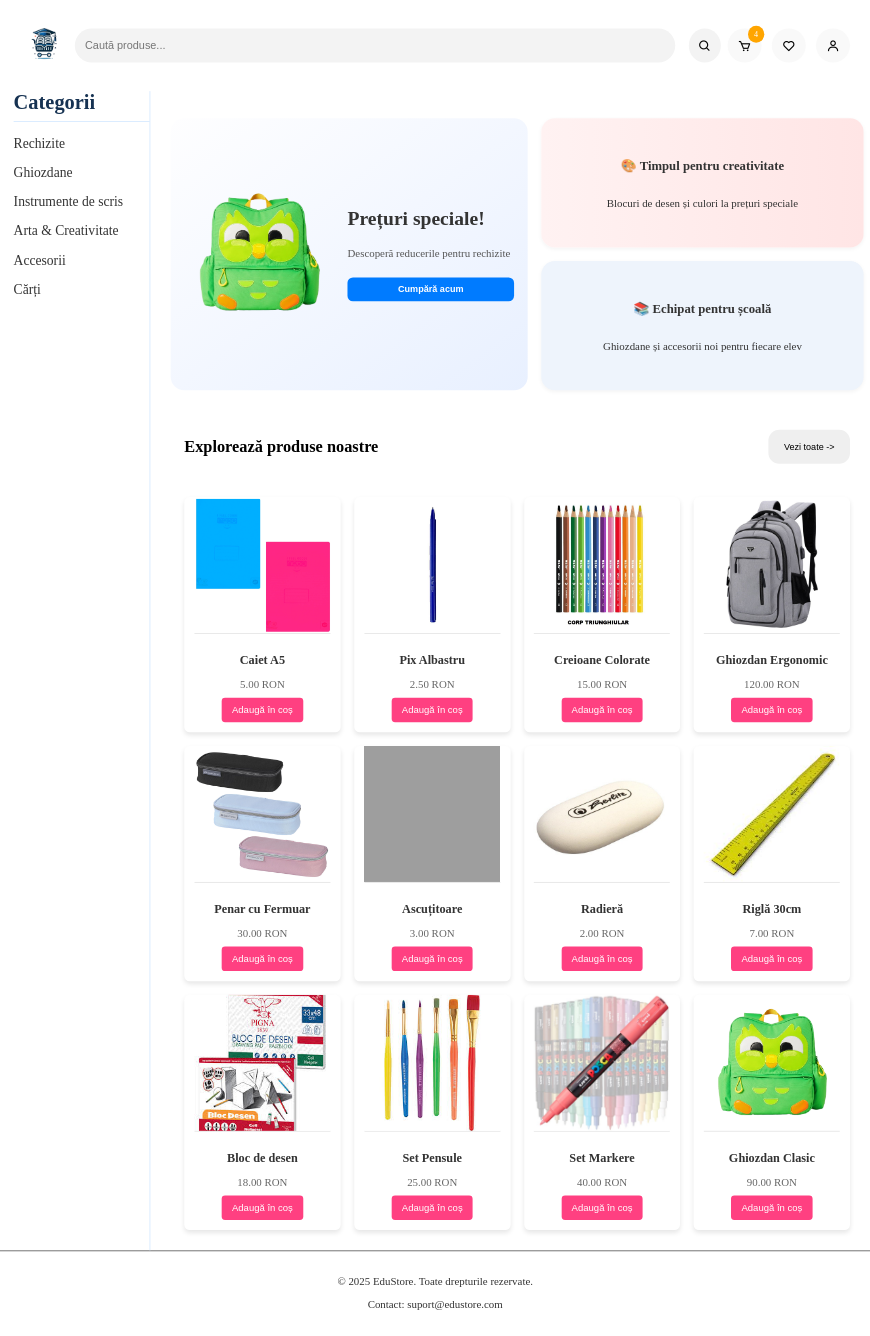
Repository: Roxana5504/WebDev-Project
Page: frontend/index.html
These files come from the project's save history. The page is drawn as it stood at one moment and after the next save; the edit follows.
The browser window is 1280 px wide. The pictures show the whole page, at 68% of full size.
Pictures or frames that could not be fetched are drawn as grey boxes.

Above is the page before, as saved 2025-04-23 17:00:22.

After the next save:
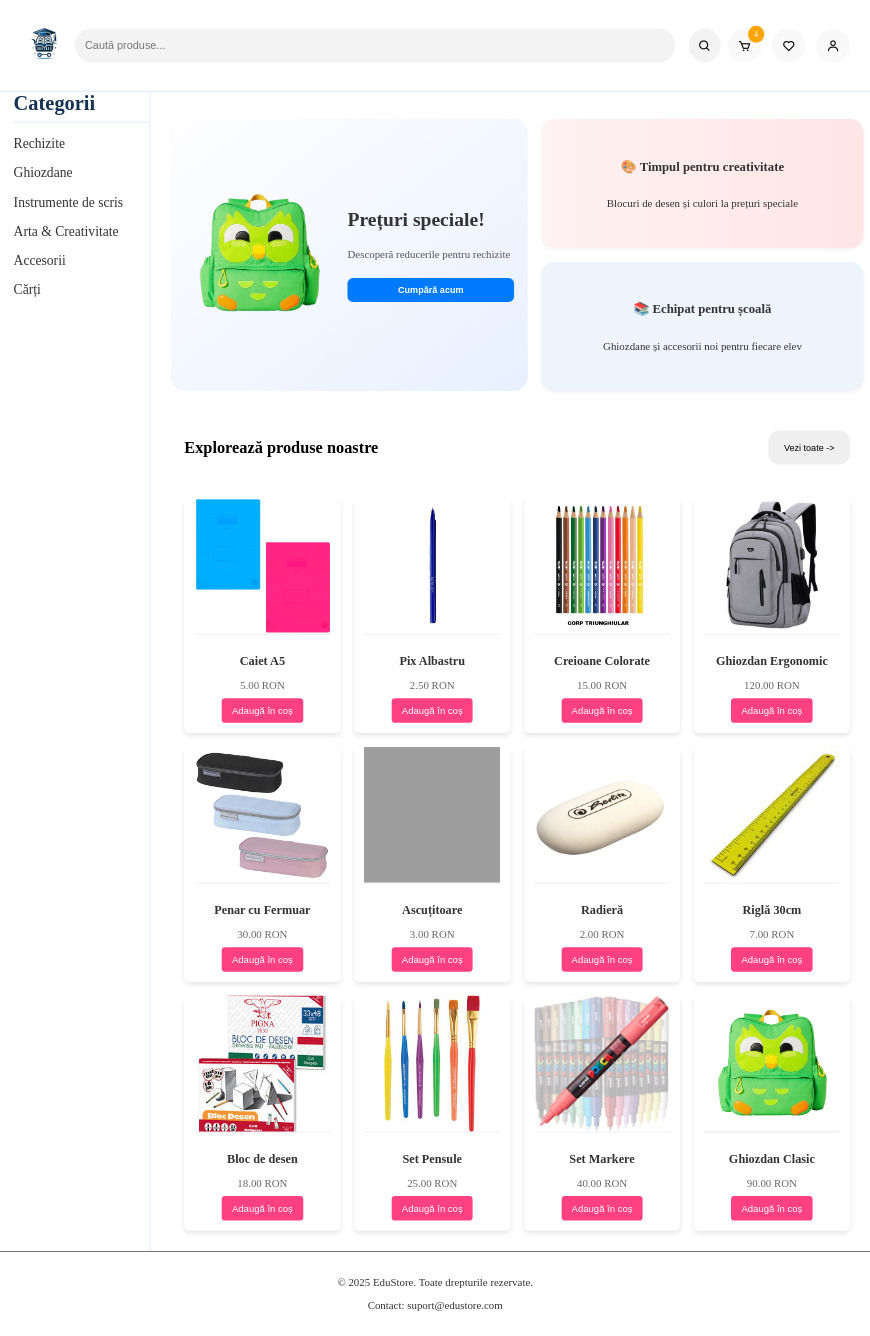
Saved 51 s later.
--- a/frontend/styles.css
+++ b/frontend/styles.css
@@ -91,6 +91,7 @@ body {
   box-sizing: border-box;
   flex-wrap: wrap;
   gap: 10px;
+  border-bottom: 1px solid rgb(203, 227, 255);
 }
 
 .logo img {
